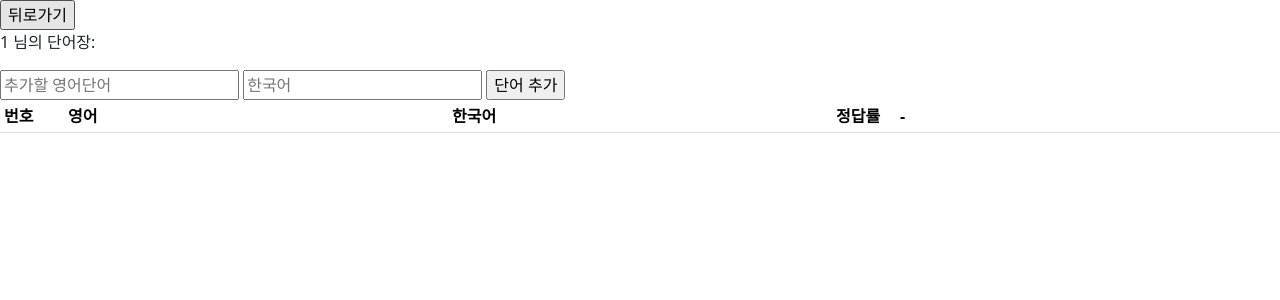
Repository: kokoko12334/myvocab-toy
Page: http://localhost/myVocabularyList/detail
The author's editor kept a copy of each file at every save. The page is drawn from the files as they stood at one save, then again after a run of saves.
The browser window is 1280 px wide. The pictures show the whole page.
The page is served by Tomcat 9. The session is filled in as if someone had signed in: {"id": 1, "pwd": 1, "list": 1}. Queries for data that is not in the repository find no rows.

Above is the page before, as saved 2023-04-06 15:24:16.

After the next 2 saves:
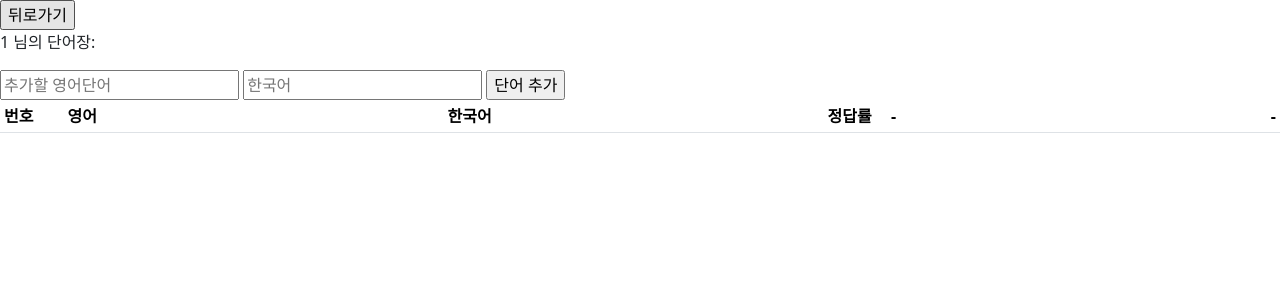
The 2 saves are shown as one change because they came seconds apart.
The last was saved 116 s later.
--- a/myVocabularyList/src/main/webapp/WEB-INF/views/myvocabulary/detail.jsp
+++ b/myVocabularyList/src/main/webapp/WEB-INF/views/myvocabulary/detail.jsp
@@ -32,12 +32,14 @@
             <col width=30%>
             <col width=5%>
             <col width=60%>
+            <col width=60%>
         </colgroup>
 		<tr>
 			<th>번호</th>
 			<th>영어</th>
 			<th>한국어</th>
 			<th>정답률</th>
+			<th>-</th>
 			<th>-</th>
 		</tr>
 
